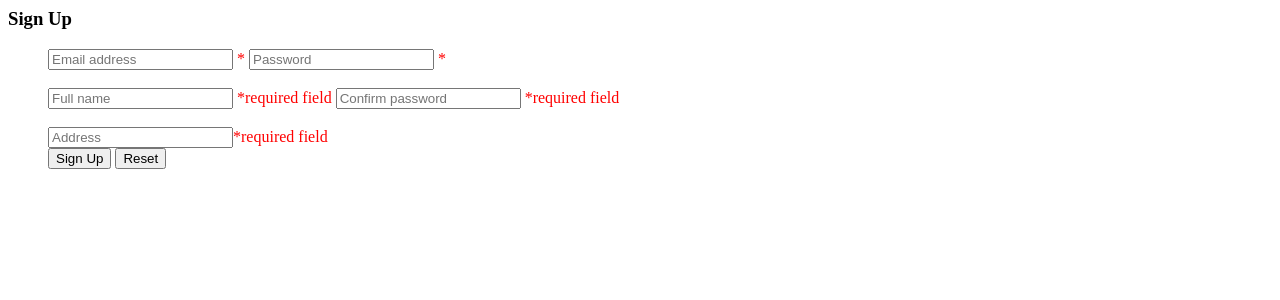
Repository: mihaisitaru/bazar
Page: http://localhost/php/work3/registration.php
The author's editor kept a record of every edit. The page is drawn from the files as they stood at one moment, then again after the next edit.
The browser window is 1280 px wide. The pictures show the whole page.
The page is run by PHP 8.4 with error messages shown; the project is at /var/www/html/.

Above is the page before.

### php/work3/registration.php
<?php
require_once('config/general.php');
?>
<html>
<head>
<title>Create new account</title>
<style>
.error {color: #FF0000;}
</style>
</head>
<body>
<h3>Sign Up</h3>
<form action="<?php echo htmlspecialchars('/php/work3/api/user/signUpUser.php') ?>" method="POST">
    <ul type="none">
        <!--<li><input type="email" name="email" placeholder="Email address" />-->
        <li><input type="text" name="email" placeholder="Email address" /> <span class="error"><?php echo _ERROR_REQUIRED_STAR_FIELD_MSG;?></span>
        <input type="password" name="password" placeholder="Password" /> <span class="error"><?php echo _ERROR_REQUIRED_STAR_FIELD_MSG;?></span></li><br />
        <li><input type="text" name="fullName" placeholder="Full name" /> <span class="error"><?php echo _ERROR_REQUIRED_FIELD_MSG;?></span>
        <input type="password" name="passwordConfirm" placeholder="Confirm password" /> <span class="error"><?php echo _ERROR_REQUIRED_FIELD_MSG;?></span> </li><br />
        <input type="text" name="address" placeholder="Address" /><span class="error"><?php echo _ERROR_REQUIRED_FIELD_MSG;?></span></li>
        <li><input type="submit" value="Sign Up" />
        <input type="reset" value="Reset" /></li>
    </ul>
</form>

</body>
</html>

### php/work3/config/general.php
<?php
session_start();
require_once(__DIR__.'/constants.php');
?>

<?php
require_once(__DIR__.'/../'._LIB_FOLDER.'/databaseHelper.php');
databaseConnect();

### php/work3/config/constants.php
<?php
/*
*                                         $$\                          $$\                             $$\
*                                          $$ |                         $$ |                            $$ |
* $$$$$$$\  $$$$$$\  $$$$$$$\   $$$$$$$\ $$$$$$\    $$$$$$\  $$$$$$$\ $$$$$$\    $$$$$$$\      $$$$$$\  $$$$$$$\   $$$$$$\
*$$  _____|$$  __$$\ $$  __$$\ $$  _____|\_$$  _|   \____$$\ $$  __$$\\_$$  _|  $$  _____|    $$  __$$\ $$  __$$\ $$  __$$\
*$$ /      $$ /  $$ |$$ |  $$ |\$$$$$$\    $$ |     $$$$$$$ |$$ |  $$ | $$ |    \$$$$$$\      $$ /  $$ |$$ |  $$ |$$ /  $$ |
*$$ |      $$ |  $$ |$$ |  $$ | \____$$\   $$ |$$\ $$  __$$ |$$ |  $$ | $$ |$$\  \____$$\     $$ |  $$ |$$ |  $$ |$$ |  $$ |
*\$$$$$$$\ \$$$$$$  |$$ |  $$ |$$$$$$$  |  \$$$$  |\$$$$$$$ |$$ |  $$ | \$$$$  |$$$$$$$  |$$\ $$$$$$$  |$$ |  $$ |$$$$$$$  |
* \_______| \______/ \__|  \__|\_______/    \____/  \_______|\__|  \__|  \____/ \_______/ \__|$$  ____/ \__|  \__|$$  ____/
*                                                                                            $$ |                $$ |
*                                                                                             $$ |                $$ |
*                                                                                             \__|                \__|
*/
 //constants for navigating folders
 define("_LIB_FOLDER", "lib");
 define("_API_FOLDER", "api");
 //db details
 define("_DB_HOST", "127.0.0.1");
 define("_DB_USER", "mihaisitaru");
 define("_DB_PASSWORD", "");
 define("_DB_NAME", "bazar_shop_online");
 define("_DB_PORT", "3306");
 //constants for errors
 /**************************************************************************************************************************/
 #connection
 define("_ERROR_DB_CONNECTION_CODE", "db1000");
 define("_ERROR_DB_CONNECTION_MSG", "Can't connect to the specified Database with the specified IP.");
 #user
 define("_ERROR_EMAIL_OR_PASSWORD_NOT_SPECIFIED_CODE", "u1001");
 define("_ERROR_EMAIL_OR_PASSWORD_NOT_SPECIFIED_MSG", "Email or password not specified");
 define("_ERROR_EMAIL_NOT_SPECIFIED_CODE", "u1001e");
 define("_ERROR_EMAIL_NOT_SPECIFIED_MSG", "Email not specified");
 define("_ERROR_EMAIL_OR_PASSWORD_NOT_CORRECT_CODE", "u1002");
 define("_ERROR_EMAIL_OR_PASSWORD_NOT_CORRECT_MSG", "Email or password is not correct");
 define("_ERROR_EMAIL_NOT_CORRECT_CODE", "u1002e");
 define("_ERROR_EMAIL_NOT_CORRECT_MSG", "Email is not correct");
 define("_ERROR_USER_NOT_LOGGED_IN_CODE", "u1003");
 define("_ERROR_USER_NOT_LOGGED_IN_MSG", "You are not logged in. Please authenticate first in order to get access to this functionality.");
 define("_ERROR_REQUIRED_STAR_FIELD_CODE", "u1004");
 define("_ERROR_REQUIRED_STAR_FIELD_MSG", "*");
 define("_ERROR_REQUIRED_FIELD_CODE", "u1005");
 define("_ERROR_REQUIRED_FIELD_MSG", "*required field");
 define("_ERROR_USER_MUST_LOGIN_FIRST_CODE", "u1006");
 define("_ERROR_USER_MUST_LOGIN_FIRST_MSG", "You are not logged in. Please login first in order to be able to logout.");
 define("_ERROR_USER_NOT_RECOGNIZED_CODE", "u1007");
 define("_ERROR_USER_NOT_RECOGNIZED_MSG", "There is no account with this email. Do you want to create one?");
 define("_ERROR_DETAILS_NOT_SPECIFIED_CODE", "u1008");
 define("_ERROR_DETAILS_NOT_SPECIFIED_MSG", "All fields are required. Please add values to them.");
 define("_ERROR_EMAIL_ALREADY_EXISTS_CODE", "u1009");
 define("_ERROR_EMAIL_ALREADY_EXISTS_MSG", "An account with this email address already exists. Please choose another one.");
 define("_ERROR_PASSWORDS_DO_NOT_MATCH_CODE", "u1010");
 define("_ERROR_PASSWORDS_DO_NOT_MATCH_MSG", "Inserted passwords do not match. Please try again.");
 define("_ERROR_DETAILS_NOT_UPDATED_CODE", "u1011");
 define("_ERROR_DETAILS_NOT_UPDATED_MSG", "We could't update your info. Please try again.");
 define("_ERROR_ACCOUNT_NOT_CREATED_CODE", "u1012");
 define("_ERROR_ACCOUNT_NOT_CREATED_MSG", "Account not created. Please try again.");
 #category
 define("_ERROR_CATEGORY_NAME_OR_STATUS_NOT_SPECIFIED_CODE", "ca1000");
 define("_ERROR_CATEGORY_NAME_OR_STATUS_NOT_SPECIFIED_MSG", "Category name or status not specified.");
 define("_ERROR_CATEGORY_NOT_CREATED_CODE", "ca1001");
 define("_ERROR_CATEGORY_NOT_CREATED_MSG", "Category not created.");
 define("_ERROR_CATEGORY_NOT_FOUND_CODE", "ca1002");
 define("_ERROR_CATEGORY_NOT_FOUND_MSG", "Category not found.");
 define("_ERROR_CATEGORY_NOT_DELETED_CODE", "ca1003");
 define("_ERROR_CATEGORY_NOT_DELETED_MSG", "Category not deleted.");
 define("_ERROR_CATEGORY_NOT_UPDATED_CODE", "ca1004");
 define("_ERROR_CATEGORY_NOT_UPDATED_MSG", "Category not updated.");
 define("_ERROR_NO_CATEGORY_WAS_FOUND_CODE", "ca1005");
 define("_ERROR_NO_CATEGORY_WAS_FOUND_MSG", "No category was found.");
 define("_ERROR_CATEGORY_ID_NAME_OR_STATUS_NOT_SPECIFIED_CODE", "ca1006");
 define("_ERROR_CATEGORY_ID_NAME_OR_STATUS_NOT_SPECIFIED_MSG", "Category id, name or status not specified.");
 define("_ERROR_CATEGORY_NOT_SPECIFIED_CODE", "ca1007");
 define("_ERROR_CATEGORY_NOT_SPECIFIED_MSG", "Category not specified.");
 #product
 define("_ERROR_PRODUCT_DETAILS_NOT_SPECIFIED_CODE", "p1000");
 define("_ERROR_PRODUCT_DETAILS_NOT_SPECIFIED_MSG", "Product details not specified.");
 define("_ERROR_PRODUCT_NOT_CREATED_CODE", "p1001");
 define("_ERROR_PRODUCT_NOT_CREATED_MSG", "Product not added.");
 define("_ERROR_PRODUCT_NOT_FOUND_CODE", "p1002");
 define("_ERROR_PRODUCT_NOT_FOUND_MSG", "Product not found.");
 define("_ERROR_NO_PRODUCT_WAS_FOUND_CODE", "p1003");
 define("_ERROR_NO_PRODUCT_WAS_FOUND_MSG", "No product was found.");
 define("_ERROR_PRODUCT_NOT_DELETED_CODE", "p1004");
 define("_ERROR_PRODUCT_NOT_DELETED_MSG", "Product not deleted.");
 define("_ERROR_PRODUCT_NOT_UPDATED_CODE", "p1005");
 define("_ERROR_PRODUCT_NOT_UPDATED_MSG", "Product not updated.");
 define("_ERROR_IMAGE_NOT_SELECTED_CODE", "p1006");
 define("_ERROR_IMAGE_NOT_SELECTED_MSG", "Image not selected.");
 define("_ERROR_IMAGE_NOT_UPLOADED_CODE", "p1007");
 define("_ERROR_IMAGE_NOT_UPLOADED_MSG", "Image not uploaded.");
 define("_ERROR_IMAGE_NOT_SPECIFIED_CODE", "p1008");
 define("_ERROR_IMAGE_NOT_SPECIFIED_MSG", "Image not specified.");
 define("_ERROR_IMAGE_NOT_DELETED_CODE", "p1009");
 define("_ERROR_IMAGE_NOT_DELETED_MSG", "Image not deleted.");
 define("_ERROR_PRODUCTS_NOT_DEFINED_CODE", "p1010");
 define("_ERROR_PRODUCTS_NOT_DEFINED_MSG", "Products not defined.");
 define("_ERROR_NO_PRODUCT_IN_SPECIFIED_CATEGORY_FOUND_CODE", "p1011");
 define("_ERROR_NO_PRODUCT_IN_SPECIFIED_CATEGORY_FOUND_MSG", "No product in specified category found.");
 define("_ERROR_PRODUCT_OR_CATEGORY_NOT_FOUND_CODE", "p1012");
 define("_ERROR_PRODUCT_OR_CATEGORY_NOT_FOUND_MSG", "Product or category not found.");
 define("_ERROR_PRODUCT_IMAGE_NOT_FOUND_CODE", "p1013");
 define("_ERROR_PRODUCT_IMAGE_NOT_FOUND_MSG", "Product image not found.");
 define("_ERROR_NO_IMAGE_FOUND_CODE", "p1014");
 define("_ERROR_NO_IMAGE_FOUND_MSG", "No image found.");
 define("_ERROR_NO_HOTDEAL_WAS_FOUND_CODE", "p1015");
 define("_ERROR_NO_HOTDEAL_WAS_FOUND_MSG", "No product was found.");
 define("_ERROR_NO_DATA_WAS_FOUND_CODE", "p1016");
 define("_ERROR_NO_DATA_WAS_FOUND_MSG", "No data was found.");
 define("_ERROR_NO_CUSTOMER_SUPPORT_WAS_FOUND_CODE", "p1017");
 define("_ERROR_NO_CUSTOMER_SUPPORT_WAS_FOUND_MSG", "No customer support data was found.");
 #order
 define("_ERROR_ORDER_NOT_SPECIFIED_CODE", "o1000");
 define("_ERROR_ORDER_NOT_SPECIFIED_MSG", "Order not specified.");
 define("_ERROR_ORDER_NOT_FOUND_CODE", "o1001");
 define("_ERROR_ORDER_NOT_FOUND_MSG", "Order not found.");
 define("_ERROR_CART_IS_EMPTY_CODE", "o1002");
 define("_ERROR_CART_IS_EMPTY_MSG", "Cart is empty.");
 define("_ERROR_ORDER_NOT_PROCESSED_CODE", "o1003");
 define("_ERROR_ORDER_NOT_PROCESSED_MSG", "Order not processed.");
 define("_ERROR_CART_NOT_EMPTIED_OUT_CODE", "o1004");
 define("_ERROR_CART_NOT_EMPTIED_OUT_MSG", "Cart not emptied out.");
 #currency
 define("_ERROR_CURRENCY_NAME_CODE_OR_STATUS_NOT_SPECIFIED_CODE", "cu1000");
 define("_ERROR_CURRENCY_NAME_CODE_OR_STATUS_NOT_SPECIFIED_MSG", "Currency name, code or status not specified.");
 define("_ERROR_CURRENCY_NOT_CREATED_CODE", "cu1001");
 define("_ERROR_CURRENCY_NOT_CREATED_MSG", "Currency not created.");
 define("_ERROR_CURRENCY_NOT_FOUND_CODE", "cu1002");
 define("_ERROR_CURRENCY_NOT_FOUND_MSG", "Currency not found.");
 define("_ERROR_CURRENCY_NOT_DELETED_CODE", "cu1003");
 define("_ERROR_CURRENCY_NOT_DELETED_MSG", "Currency not deleted.");
 define("_ERROR_CURRENCY_NOT_UPDATED_CODE", "cu1004");
 define("_ERROR_CURRENCY_NOT_UPDATED_MSG", "Currency not updated.");
 define("_ERROR_NO_CURRENCY_WAS_FOUND_CODE", "cu1005");
 define("_ERROR_NO_CURRENCY_WAS_FOUND_MSG", "No currency was found.");
 define("_ERROR_CURRENCY_CODE_OR_STATUS_NOT_SPECIFIED_CODE", "cu1006");
 define("_ERROR_CURRENCY_CODE_OR_STATUS_NOT_SPECIFIED_MSG", "Currency code or status not specified.");
 define("_ERROR_CURRENCY_CODE_NAME_OR_STATUS_NOT_SPECIFIED_CODE", "cu1007");
 define("_ERROR_CURRENCY_CODE_NAME_OR_STATUS_NOT_SPECIFIED_MSG", "Currency code, name or status not specified.");

### php/work3/lib/databaseHelper.php
<?php
require_once('outputHelper.php');

function databaseConnect() {
    global $db;
    $db = mysqli_connect(_DB_HOST, _DB_USER, _DB_PASSWORD, _DB_NAME, _DB_PORT);

    if (mysqli_connect_error()) {
        throwJSONError(_ERROR_DB_CONNECTION_CODE, _ERROR_DB_CONNECTION_MSG);
        exit();
    }
    else {
        mysqli_set_charset($db, 'utf8');
    }
}

### php/work3/lib/outputHelper.php
<?php

function returnHeader() {
    header('Content-Type: application/json');
}

function throwJSONError($errorCode, $errorMessage) {
    $result = array(
        "successful" => false,
        "errorCode" => $errorCode,
        "errorMessage" => $errorMessage
    );
    $encodedJSON = json_encode($result);
    echo $encodedJSON;
    exit();
}

function echoJSONOutput($out = array()) {
    $newOut = array("successful" => true);

    if (is_array($out) AND count($out) > 0) {
        $newOut['details'] = $out;
    }
    http_response_code(400);
    echo json_encode($newOut);
    exit();
}

After the next edit:
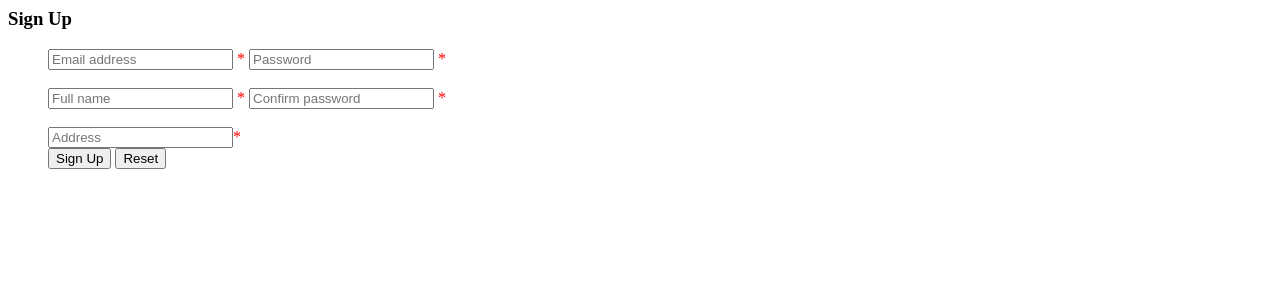
The edit:
--- a/php/work3/registration.php
+++ b/php/work3/registration.php
@@ -15,9 +15,9 @@
         <!--<li><input type="email" name="email" placeholder="Email address" />-->
         <li><input type="text" name="email" placeholder="Email address" /> <span class="error"><?php echo _ERROR_REQUIRED_STAR_FIELD_MSG;?></span>
         <input type="password" name="password" placeholder="Password" /> <span class="error"><?php echo _ERROR_REQUIRED_STAR_FIELD_MSG;?></span></li><br />
-        <li><input type="text" name="fullName" placeholder="Full name" /> <span class="error"><?php echo _ERROR_REQUIRED_FIELD_MSG;?></span>
-        <input type="password" name="passwordConfirm" placeholder="Confirm password" /> <span class="error"><?php echo _ERROR_REQUIRED_FIELD_MSG;?></span> </li><br />
-        <input type="text" name="address" placeholder="Address" /><span class="error"><?php echo _ERROR_REQUIRED_FIELD_MSG;?></span></li>
+        <li><input type="text" name="fullName" placeholder="Full name" /> <span class="error"><?php echo _ERROR_REQUIRED_STAR_FIELD_MSG;?></span>
+        <input type="password" name="passwordConfirm" placeholder="Confirm password" /> <span class="error"><?php echo _ERROR_REQUIRED_STAR_FIELD_MSG;?></span> </li><br />
+        <input type="text" name="address" placeholder="Address" /><span class="error"><?php echo _ERROR_REQUIRED_STAR_FIELD_MSG;?></span></li>
         <li><input type="submit" value="Sign Up" />
         <input type="reset" value="Reset" /></li>
     </ul>
